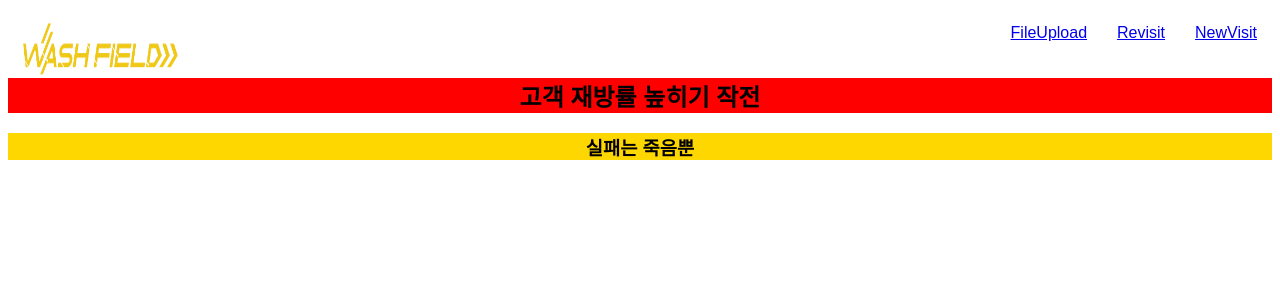
Repository: leeenzang/realmo
Page: http://localhost/mainpage/
An editor plug-in stored every save of this project. The page is shown before and after the next save, followed by the edit.
The browser window is 1280 px wide. The pictures show the whole page.
Some web fonts or font styles are not loaded; a fallback is used. The page is served by the project's application, run on Django 4.2 (manage.py). Other server files are loaded and not shown.

Above is the page before, as saved 2023-08-22 21:30:53.

### mainpage/templates/mainpage/home.html
{% load static %}

{% block content %}

<!-- Google Fonts Links -->
<link rel="preconnect" href="https://fonts.googleapis.com">
<link rel="preconnect" href="https://fonts.gstatic.com" crossorigin>
<link href="https://fonts.googleapis.com/css2?family=Sunflower:wght@300&family=Ubuntu:ital,wght@1,500&display=swap" rel="stylesheet">

<!-- Font Styles -->
<style>
    body {
        font-family: 'Ubuntu', 'Sunflower', sans-serif;
    }

    /* 아래 CSS 규칙은 한글이 존재하는 요소에 대해서만 Sunflower 폰트를 적용합니다 */
    body:lang(ko),
    h1:lang(ko), h2:lang(ko), h3:lang(ko), h4:lang(ko), h5:lang(ko), h6:lang(ko),
    p:lang(ko), li:lang(ko), a:lang(ko) {
        font-family: 'Sunflower', sans-serif;
    }
</style>

<div class="container" style="text-align: center;">

    <!-- Top-left Image -->
    <div style="position: absolute; top: 0; left: 0;">
        <img src="{% static 'images/wash.png' %}" alt="My Image" width="200px" height="100px">
    </div>

    <!-- Navigation Bar -->
    <nav style="text-align: right;">
        <ul style="list-style-type: none; display: inline-flex; padding: 0;">
            <li style="margin: 0 15px;"><a href="{% url 'visit:upload_csv' %}">FileUpload</a></li>
            <li style="margin: 0 15px;"><a href="{% url 'analytics:revisit_rate' %}">Revisit</a></li>
            <li style="margin: 0 15px;"><a href="{% url 'newvisit:new_visitors' %}">NewVisit</a></li>
        </ul>
    </nav>

    <h2 style="background-color: red;">고객 재방률 높히기 작전</h2>
    <h3 style="background-color: #FFD700;">실패는 죽음뿐</h3>
</div>
{% endblock %}

### mainpage/views.py
from django.shortcuts import render

# Create your views here.


def home(request):
    return render(request, 'mainpage/home.html')

### config/urls.py
"""
URL configuration for config project.

The `urlpatterns` list routes URLs to views. For more information please see:
    https://docs.djangoproject.com/en/4.2/topics/http/urls/
Examples:
Function views
    1. Add an import:  from my_app import views
    2. Add a URL to urlpatterns:  path('', views.home, name='home')
Class-based views
    1. Add an import:  from other_app.views import Home
    2. Add a URL to urlpatterns:  path('', Home.as_view(), name='home')
Including another URLconf
    1. Import the include() function: from django.urls import include, path
    2. Add a URL to urlpatterns:  path('blog/', include('blog.urls'))
"""
from django.contrib import admin
from django.urls import path, include

urlpatterns = [
    path("admin/", admin.site.urls),
    path('mainpage/', include('mainpage.urls')),
    path('file_upload/', include('file_upload.urls')),
    path('analytics/', include('analytics.urls')),
    path('newvisit/', include('newvisit.urls')),
]

### mainpage/urls.py
from django.urls import path
from .views import home



urlpatterns = [
    path('', home, name='home'),
]

### file_upload/urls.py
from django.urls import path
from . import views

app_name = 'visit'

urlpatterns = [
    path('upload/', views.upload_csv, name='upload_csv'),
]

### analytics/urls.py
from django.urls import path
from . import views

app_name = 'analytics'

urlpatterns = [
    path('revisit_rate/', views.revisit_rate, name='revisit_rate'),
]

### newvisit/urls.py
from django.urls import path
from . import views

app_name = 'newvisit'  # <-- 이 부분 추가


urlpatterns = [
    path('new/', views.new_visitors_summary, name='new_visitors'),
]

After the next save:
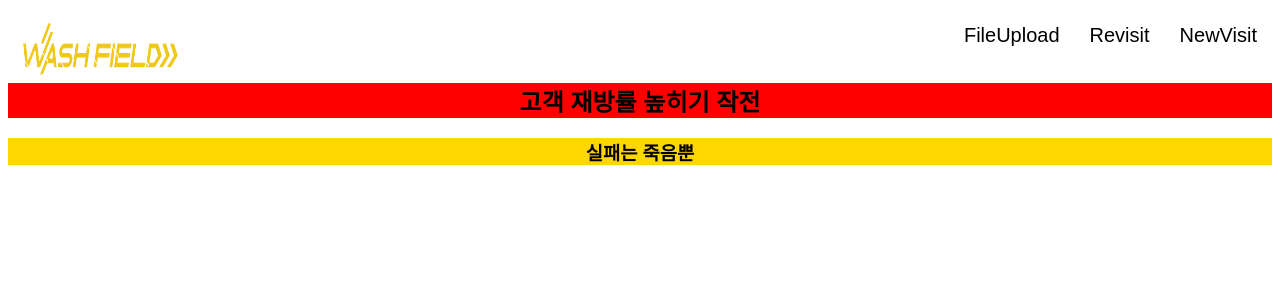
Saved 2 min 46 s later.
--- a/mainpage/templates/mainpage/home.html
+++ b/mainpage/templates/mainpage/home.html
@@ -18,6 +18,18 @@
     h1:lang(ko), h2:lang(ko), h3:lang(ko), h4:lang(ko), h5:lang(ko), h6:lang(ko),
     p:lang(ko), li:lang(ko), a:lang(ko) {
         font-family: 'Sunflower', sans-serif;
+    }
+
+    /* 네비게이션 바 스타일링 */
+    nav a {
+        text-decoration: none;  /* 밑줄 제거 */
+        color: black;            /* 글씨색 검정으로 */
+        font-size: 20px;         /* 글씨 크기 조정 */
+    }
+
+    /* 호버시 스타일 (마우스를 올렸을 때의 스타일) */
+    nav a:hover {
+        text-decoration: underline; /* 마우스를 올렸을 때만 밑줄이 나타나도록 설정. 필요 없으면 이 부분을 제거하세요. */
     }
 </style>
 
